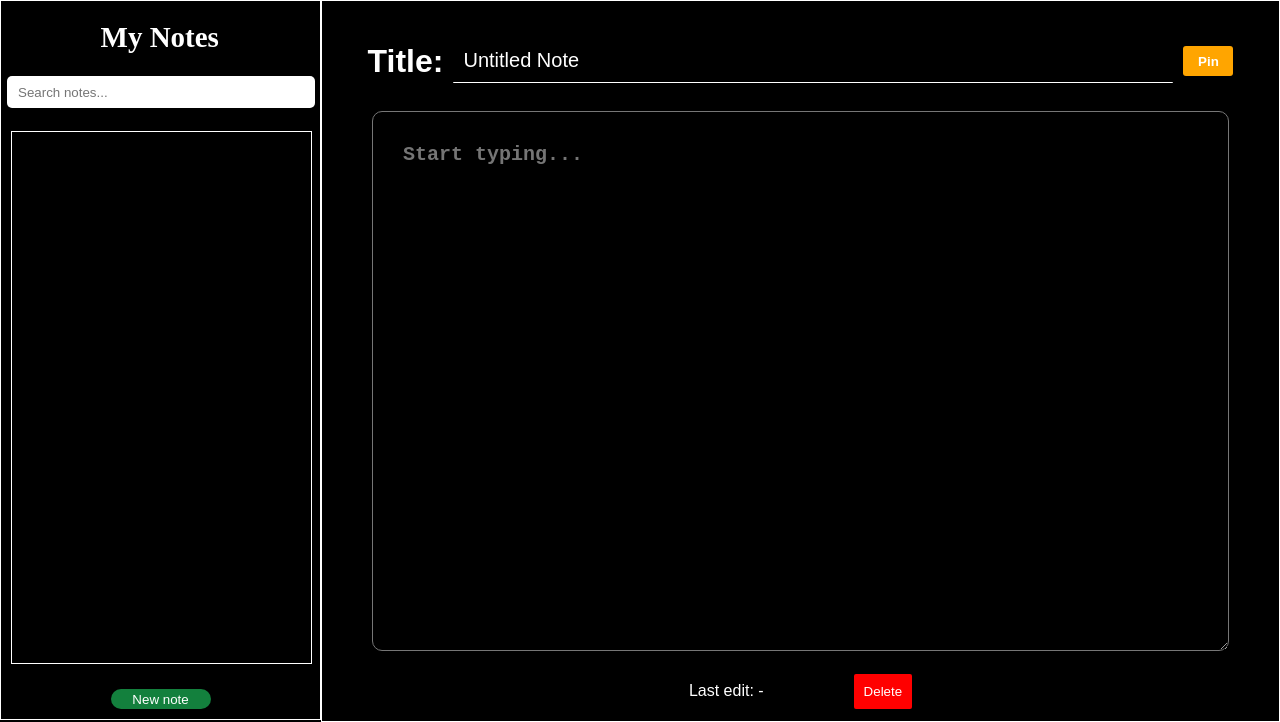
Repository: dmpelaez/myNotes
Page: QuickNotes.html
An editor plug-in stored every save of this project. The page is shown before and after the next save, followed by the edit.
The browser window is 1280 px wide. The pictures show the whole page.

Above is the page before, as saved 2025-12-19 00:44:45.

After the next save:
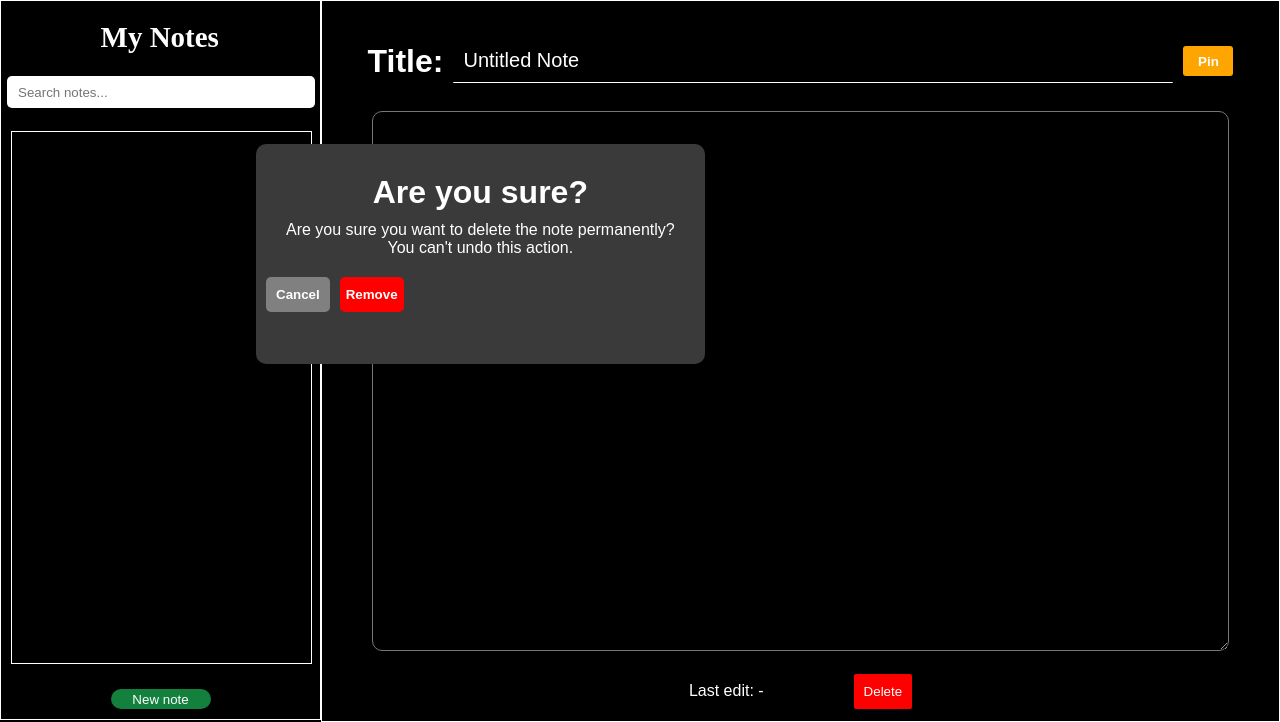
Saved 2 min 26 s later.
--- a/QuickNotes.js
+++ b/QuickNotes.js
@@ -92,7 +92,7 @@ function showModal() {
   deleteConfirm.classList.add("active");
 }
 
-
+showModal();
 
 function cancelModal() {
   deleteConfirm.classList.remove("active");

After the save that followed:
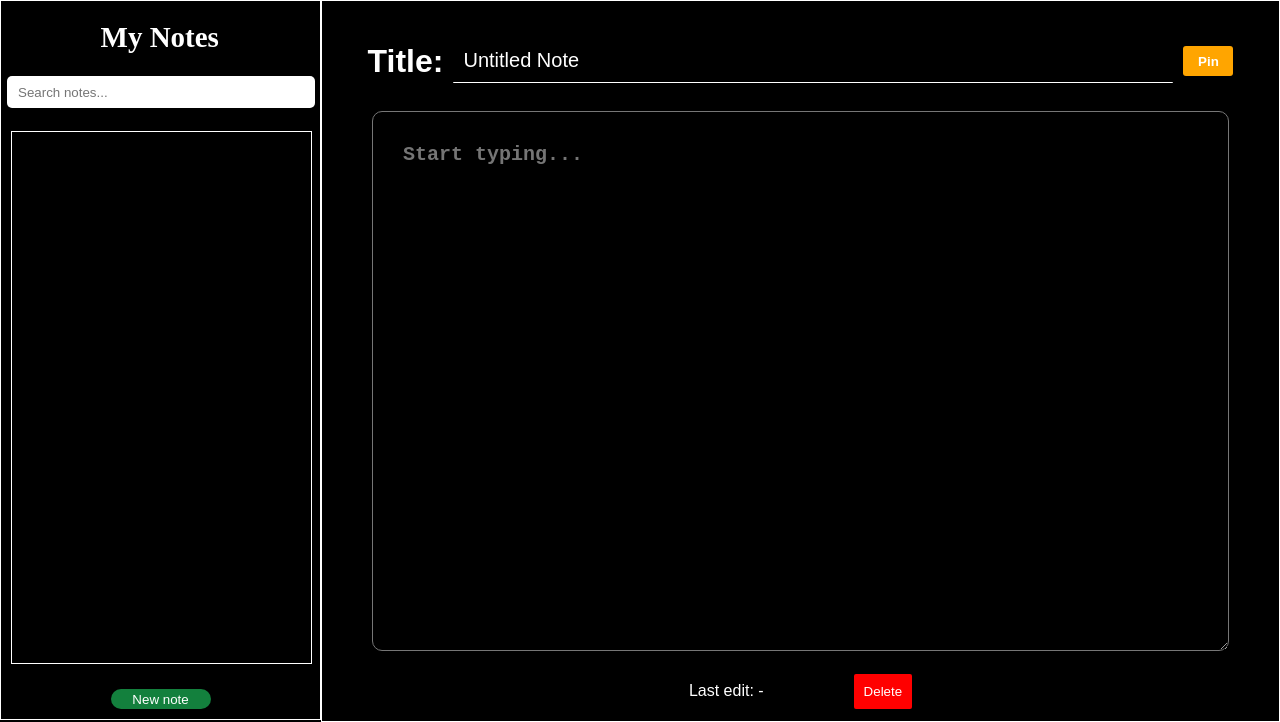
Saved 34 s later.
--- a/QuickNotes.css
+++ b/QuickNotes.css
@@ -180,7 +180,7 @@ body {
   overflow: hidden;
 }
 
-.delete-confirm.active {
+.delete-confirm .active {
   position: absolute;
   left: 20%;
   top: 20%;
